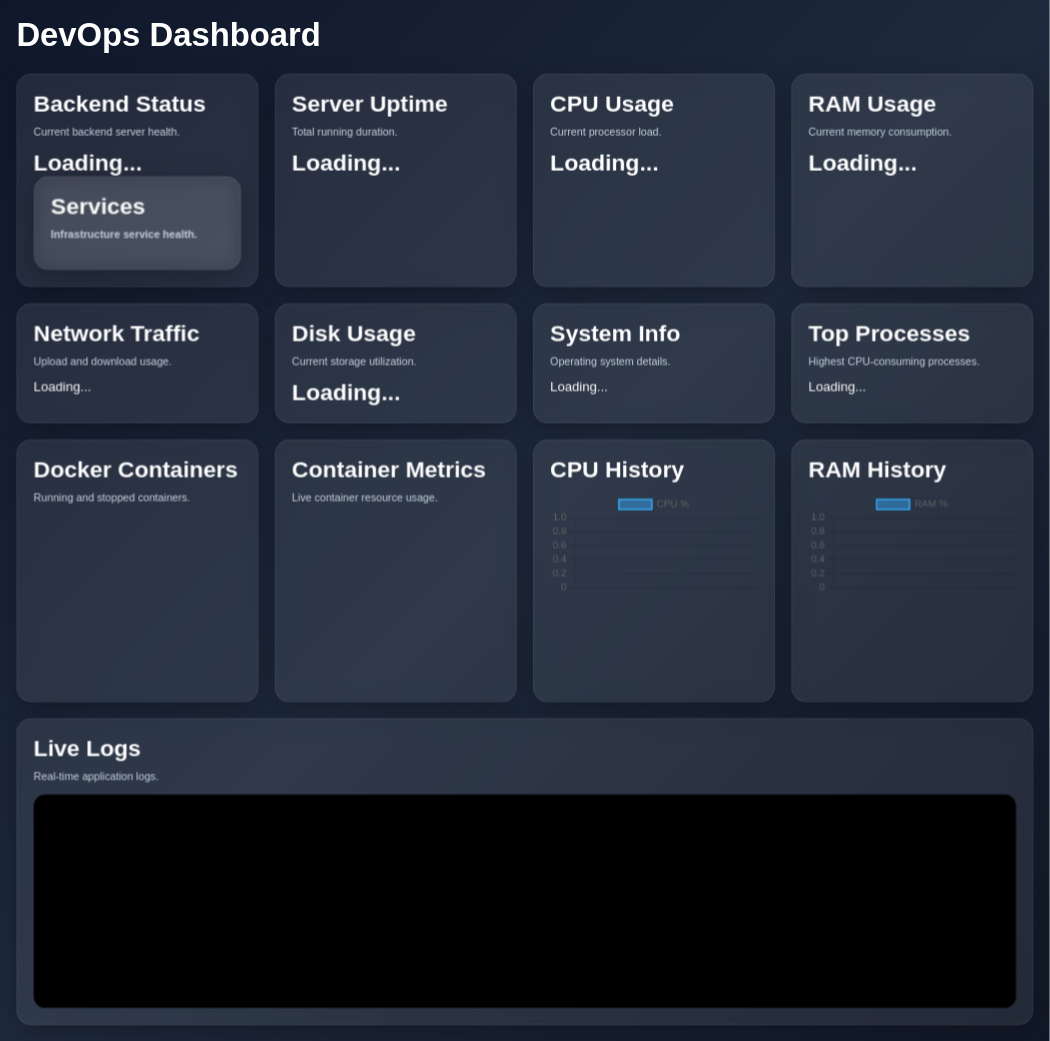
Repository: manoj-991/devops-dashboard
Page: frontend/index.html
These files come from the project's save history. The page is drawn as it stood at one moment and after the next save; the edit follows.
The browser window is 1280 px wide. The pictures show the whole page, at 82% of full size.
The page's requests for data from a server got no answer.

Above is the page before, as saved 2026-05-24 00:39:10.

### frontend/index.html
<!DOCTYPE html>
<html>

<head>

    <title>DevOps Dashboard</title>

    <link rel="stylesheet" href="style.css">

    <script src="https://cdn.jsdelivr.net/npm/chart.js"></script>

</head>

<body>

    <h1>DevOps Dashboard</h1>

    <div id="alerts"></div>

    <div class="dashboard">

        <div class="card">
            <h2>Backend Status</h2>
            <div class="description">
                Current backend server health.
            </div>
            <div id="health" class="metric">
                Loading...
                <div class="card">

    <h2>Services</h2>

    <div class="description">
        Infrastructure service health.
    </div>

    <div id="services">
    </div>

</div>
            </div>
        </div>

        <div class="card">
            <h2>Server Uptime</h2>
            <div class="description">
                Total running duration.
            </div>
            <div id="uptime" class="metric">
                Loading...
            </div>
        </div>

        <div class="card">
            <h2>CPU Usage</h2>
            <div class="description">
                Current processor load.
            </div>
            <div id="cpu" class="metric">
                Loading...
            </div>
        </div>

        <div class="card">
            <h2>RAM Usage</h2>
            <div class="description">
                Current memory consumption.
            </div>
            <div id="ram" class="metric">
                Loading...
            </div>
        </div>

        <div class="card">
            <h2>Network Traffic</h2>
            <div class="description">
                Upload and download usage.
            </div>
            <div id="network">
                Loading...
            </div>
        </div>

        <div class="card">
            <h2>Disk Usage</h2>
            <div class="description">
                Current storage utilization.
            </div>
            <div id="disk" class="metric">
                Loading...
            </div>
        </div>

        <div class="card">
            <h2>System Info</h2>
            <div class="description">
                Operating system details.
            </div>
            <div id="system">
                Loading...
            </div>
        </div>

        <div class="card">
            <h2>Top Processes</h2>
            <div class="description">
                Highest CPU-consuming processes.
            </div>
            <div id="processes">
                Loading...
            </div>
        </div>

        <div class="card">
            <h2>Docker Containers</h2>
            <div class="description">
                Running and stopped containers.
            </div>

            <div id="docker" class="container-list">
            </div>
        </div>

        <div class="card">
            <h2>Container Metrics</h2>
            <div class="description">
                Live container resource usage.
            </div>

            <div id="containerStats">
            </div>
        </div>

        <div class="card chart-container">
            <h2>CPU History</h2>

            <canvas id="cpuChart"></canvas>
        </div>

        <div class="card chart-container">
            <h2>RAM History</h2>

            <canvas id="ramChart"></canvas>
        </div>

        <div class="card" style="grid-column:1/-1;">
            <h2>Live Logs</h2>

            <div class="description">
                Real-time application logs.
            </div>

            <div id="logs" class="logs-box">
            </div>
        </div>

    </div>

    <div class="modal" id="logModal">

        <div class="modal-content">

            <div class="modal-header">

                <h2>Container Logs</h2>

                <button class="close-btn" onclick="closeModal()">
                    Close
                </button>

            </div>

            <div id="modalLogs" class="modal-logs">
            </div>

        </div>

    </div>

    <script src="app.js"></script>

</body>

</html>

### frontend/style.css
* {
    margin: 0;
    padding: 0;
    box-sizing: border-box;
    font-family: Arial, Helvetica, sans-serif;
}

body {
    background:
        linear-gradient(135deg,
            #0f172a,
            #1e293b,
            #111827);

    color: white;
    min-height: 100vh;
    padding: 20px;
    transition: 0.4s;
}

h1 {
    margin-bottom: 25px;
    font-size: 40px;
}

.dashboard {
    display: grid;

    grid-template-columns:
        repeat(auto-fit, minmax(260px, 1fr));

    gap: 20px;
}

.card {
    background: rgba(255, 255, 255, 0.08);

    backdrop-filter: blur(12px);

    border: 1px solid rgba(255, 255, 255, 0.1);

    border-radius: 18px;

    padding: 20px;

    transition: 0.3s;

    box-shadow:
        0 8px 30px rgba(0, 0, 0, 0.25);

    overflow: hidden;
}

.card:hover {
    transform: translateY(-5px);

    box-shadow:
        0 12px 40px rgba(0, 0, 0, 0.35);
}

.card h2 {
    margin-bottom: 10px;
    font-size: 28px;
}

.description {
    color: #cbd5e1;
    font-size: 13px;
    margin-bottom: 15px;
}

.metric {
    font-size: 28px;
    font-weight: bold;
    margin-top: 10px;
}

.logs-box {
    background: black;
    color: #00ff88;

    height: 260px;

    overflow-y: auto;

    padding: 15px;

    border-radius: 14px;

    font-family: monospace;

    margin-top: 10px;

    white-space: pre-wrap;
}

.chart-container {
    height: 320px;
}

.container-list {
    max-height: 260px;
    overflow-y: auto;
}

.container-item {
    background:
        rgba(255, 255, 255, 0.06);

    padding: 14px;

    border-radius: 12px;

    margin-bottom: 12px;

    transition: 0.3s;
}

.container-item:hover {
    background:
        rgba(255, 255, 255, 0.12);
}

.status-running {
    color: #22c55e;
    font-weight: bold;
}

.status-exited {
    color: #ef4444;
    font-weight: bold;
}

.btn-group {
    margin-top: 10px;
    display: flex;
    gap: 10px;
    flex-wrap: wrap;
}

button {
    border: none;

    padding: 10px 14px;

    border-radius: 10px;

    cursor: pointer;

    transition: 0.3s;

    font-weight: bold;
}

button:hover {
    transform: scale(1.05);
}

.start-btn {
    background: #22c55e;
    color: white;
}

.stop-btn {
    background: #ef4444;
    color: white;
}

.restart-btn {
    background: #3b82f6;
    color: white;
}

.logs-btn {
    background: #f59e0b;
    color: white;
}

.alert-box {
    position: fixed;

    top: 20px;
    right: 20px;

    background: #ef4444;

    color: white;

    padding: 14px 20px;

    border-radius: 12px;

    font-weight: bold;

    z-index: 999;

    animation: pulse 1s infinite;
}

@keyframes pulse {

    0% {
        transform: scale(1);
    }

    50% {
        transform: scale(1.05);
    }

    100% {
        transform: scale(1);
    }
}

.modal {
    position: fixed;

    top: 0;
    left: 0;

    width: 100%;
    height: 100%;

    background: rgba(0, 0, 0, 0.75);

    display: none;

    align-items: center;
    justify-content: center;

    z-index: 9999;
}

.modal-content {

    width: 80%;
    height: 70%;

    background: #0f172a;

    border-radius: 18px;

    padding: 20px;

    display: flex;

    flex-direction: column;
}

.modal-header {
    display: flex;

    justify-content: space-between;

    margin-bottom: 15px;
}

.close-btn {
    background: red;
    color: white;
}

.modal-logs {

    flex: 1;

    background: black;

    color: #00ff88;

    padding: 15px;

    border-radius: 12px;

    overflow-y: auto;

    font-family: monospace;

    white-space: pre-wrap;
}

::-webkit-scrollbar {
    width: 8px;
}

::-webkit-scrollbar-thumb {
    background: #475569;
    border-radius: 10px;
}

### frontend/app.js
const cpuChartCtx =
    document.getElementById("cpuChart")

const ramChartCtx =
    document.getElementById("ramChart")

const cpuChart =
    new Chart(cpuChartCtx, {

        type: "line",

        data: {

            labels: [],

            datasets: [{

                label: "CPU %",

                data: [],

                borderWidth: 2,

                tension: 0.4,

                fill: true
            }]
        }
    })

const ramChart =
    new Chart(ramChartCtx, {

        type: "line",

        data: {

            labels: [],

            datasets: [{

                label: "RAM %",

                data: [],

                borderWidth: 2,

                tension: 0.4,

                fill: true
            }]
        }
    })

async function loadDashboard() {

    try {

        // HEALTH
        const healthRes =
            await fetch("/api/health")

        const health =
            await healthRes.json()

        document
            .getElementById("health")
            .innerText =
            health.status


        // UPTIME
        const uptimeRes =
            await fetch("/api/uptime")

        const uptime =
            await uptimeRes.json()

        document
            .getElementById("uptime")
            .innerText =
            uptime.uptime


        // CPU
        const cpuRes =
            await fetch("/api/cpu")

        const cpu =
            await cpuRes.json()

        document
            .getElementById("cpu")
            .innerText =
            cpu.cpu


        // RAM
        const ramRes =
            await fetch("/api/ram")

        const ram =
            await ramRes.json()

        document
            .getElementById("ram")
            .innerText =
            ram.ram


        // DISK
        const diskRes =
            await fetch("/api/disk")

        const disk =
            await diskRes.json()

        document
            .getElementById("disk")
            .innerText =
            disk.disk


        // SYSTEM
        const systemRes =
            await fetch("/api/system")

        const system =
            await systemRes.json()

        document
            .getElementById("system")
            .innerHTML = `

        OS: ${system.os}
        <br><br>

        Platform:
        ${system.platform}

        <br><br>

        Host:
        ${system.hostname}
        `


        // NETWORK
        const networkRes =
            await fetch("/api/network")

        const network =
            await networkRes.json()

        document
            .getElementById("network")
            .innerHTML = `

        Upload:
        ${(network.bytes_sent / 1024 / 1024)
                .toFixed(2)} MB

        <br><br>

        Download:
        ${(network.bytes_received / 1024 / 1024)
                .toFixed(2)} MB
        `


        // PROCESSES
        const processRes =
            await fetch("/api/processes")

        const processes =
            await processRes.json()

        let processHTML = ""

        processes.forEach(process => {

            processHTML += `

            <div style="margin-bottom:12px;">

                <strong>
                ${process.name}
                </strong>

                <br>

                CPU:
                ${process.cpu.toFixed(2)}%

            </div>
            `
        })

        document
            .getElementById("processes")
            .innerHTML =
            processHTML


        // DOCKER
        const dockerRes =
            await fetch("/api/docker")

        const containers =
            await dockerRes.json()

        let dockerHTML = ""

        containers.forEach(container => {

            dockerHTML += `

            <div class="container-item">

                <strong>
                ${container.name}
                </strong>

                <br><br>

                Image:
                ${container.image}

                <br><br>

                State:

                <span class="
                ${container.state === "running"
                    ? "status-running"
                    : "status-exited"}
                ">

                ${container.state}

                </span>

                <br><br>

                Status:
                ${container.status}

                <div class="btn-group">

                    <button
                    class="logs-btn"
                    onclick="
                    showContainerLogs(
                    '${container.name}'
                    )
                    ">
                        Logs
                    </button>

                </div>

            </div>
            `
        })

        document
            .getElementById("docker")
            .innerHTML =
            dockerHTML


        // CONTAINER STATS
        const statsRes =
            await fetch("/api/container-stats")

        const stats =
            await statsRes.json()

        let statsHTML = ""

        stats.forEach(stat => {

            statsHTML += `

            <div
            style="margin-bottom:15px;">

                <strong>
                ${stat.name}
                </strong>

                <br>

                CPU:
                ${stat.cpu}

                <br>

                Memory:
                ${stat.memory}

            </div>
            `
        })

        document
            .getElementById("containerStats")
            .innerHTML =
            statsHTML


        // LOGS
        const logsRes =
            await fetch("/api/logs")

        const logs =
            await logsRes.json()

        document
            .getElementById("logs")
            .innerText =
            logs.logs


        // CPU HISTORY
        const cpuHistoryRes =
            await fetch("/api/cpu-history")

        const cpuHistory =
            await cpuHistoryRes.json()

        cpuChart.data.labels =
            cpuHistory.map(point => point.time)

        cpuChart.data.datasets[0].data =
            cpuHistory.map(point => point.value)

        cpuChart.update()


        // RAM HISTORY
        const ramHistoryRes =
            await fetch("/api/ram-history")

        const ramHistory =
            await ramHistoryRes.json()

        ramChart.data.labels =
            ramHistory.map(point => point.time)

        ramChart.data.datasets[0].data =
            ramHistory.map(point => point.value)

        ramChart.update()


        // ALERTS
        const alerts =
            document.getElementById("alerts")

        alerts.innerHTML = ""

        const ramValue =
            parseFloat(ram.ram)

        if (ramValue > 80) {

            alerts.innerHTML += `

            <div class="alert-box">

                HIGH RAM USAGE

            </div>
            `
        }

    } catch (error) {

        console.log(error)
    }
}

async function showContainerLogs(name) {

    const response =
        await fetch(
            `/api/container-logs/${name}`
        )

    const data =
        await response.json()

    document
        .getElementById("logModal")
        .style.display =
        "flex"

    document
        .getElementById("modalLogs")
        .innerText =
        data.logs
}

function closeModal() {

    document
        .getElementById("logModal")
        .style.display =
        "none"
}

loadDashboard()

setInterval(
    loadDashboard,
    5000
)

After the next save:
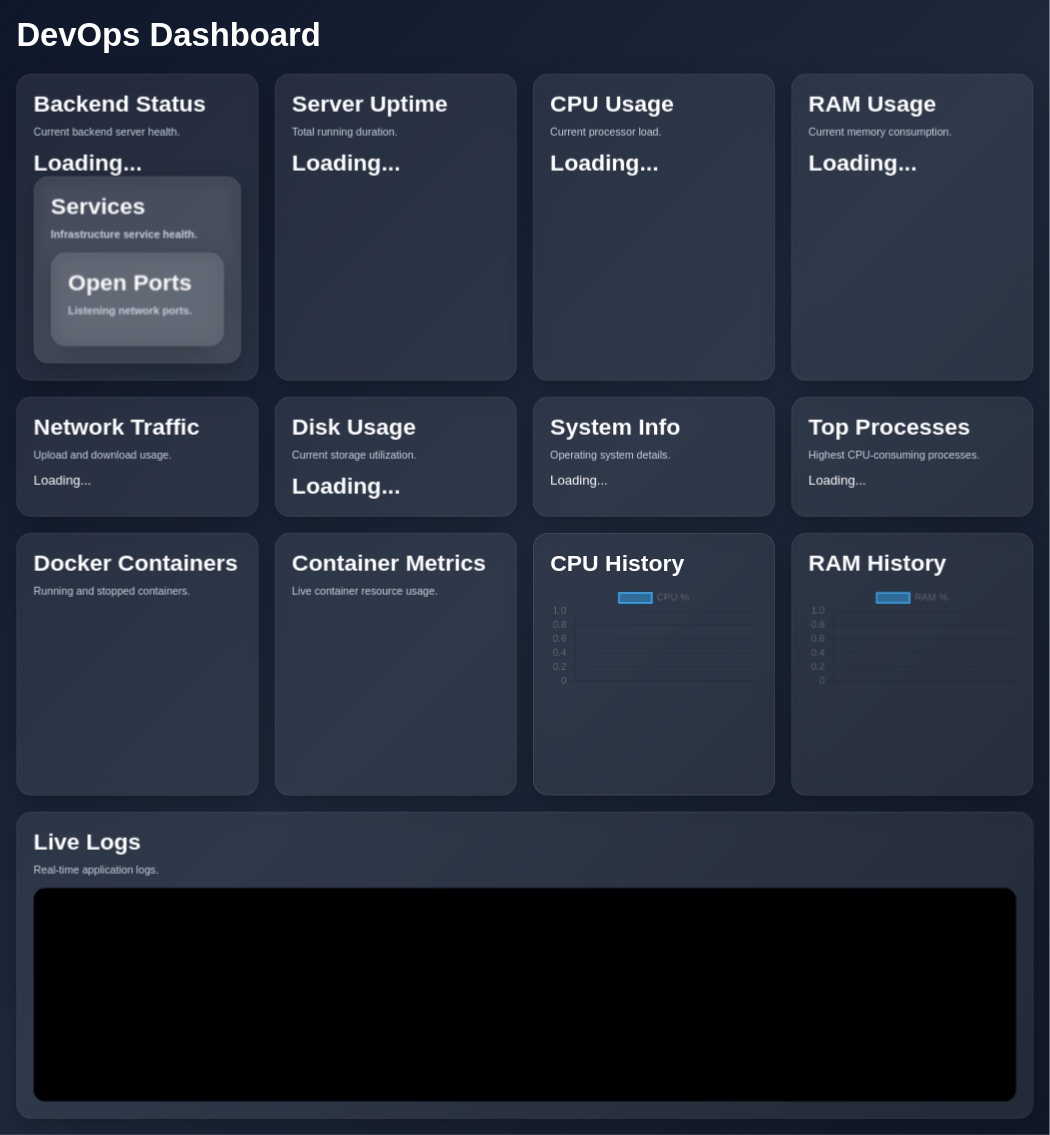
Saved 14 s later.
--- a/frontend/index.html
+++ b/frontend/index.html
@@ -36,7 +36,18 @@
 
     <div id="services">
     </div>
+<div class="card">
 
+    <h2>Open Ports</h2>
+
+    <div class="description">
+        Listening network ports.
+    </div>
+
+    <div id="ports">
+    </div>
+
+</div>
 </div>
             </div>
         </div>
